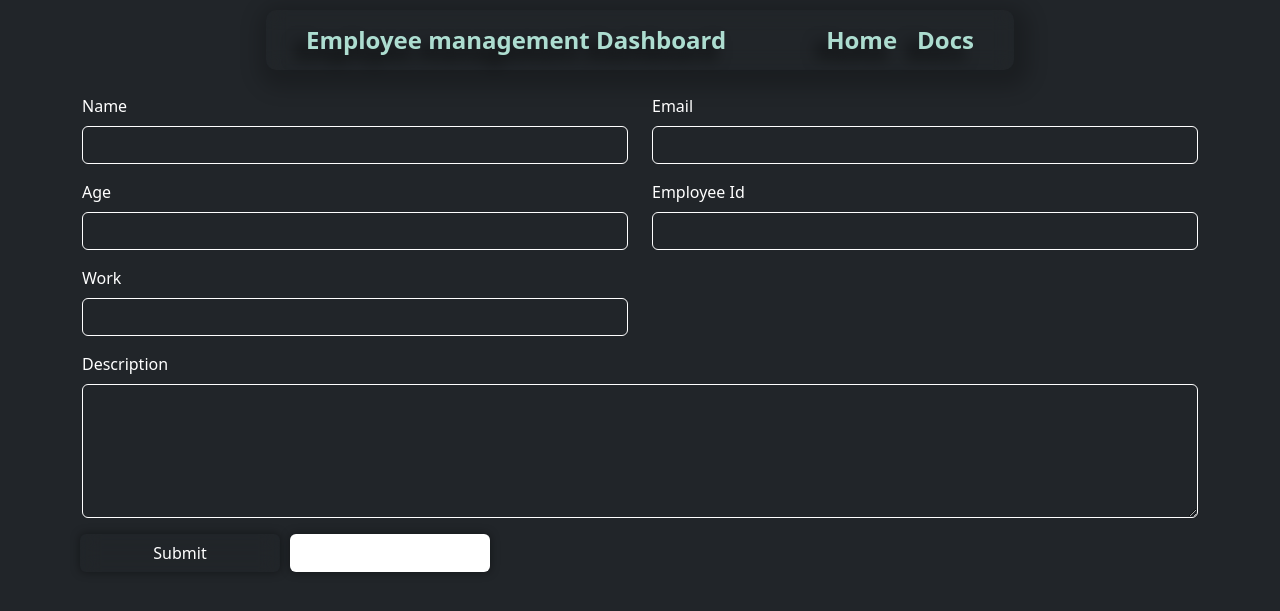
Repository: iamevs/Employee-Management-System
Page: /register (app in client/)
An editor plug-in stored every save of this project. The page is shown before and after the next save, followed by the edit.
The browser window is 1280 px wide. The pictures show the whole page.
The project was rebuilt for these pictures with package versions that can differ from the ones it lists, and the page was loaded fresh each time. Also part of the build but not shown: client/vite.config.js, client/src/components/Home.jsx, client/src/components/Edit.jsx, client/src/components/Hero.jsx. Imported but missing from the stored project, and not drawn on this page: client/src/components/Details.

Above is the page before, as saved 2022-11-29 00:51:38.

### client/index.html
<html lang="en">
  <head>
    <meta charset="UTF-8" />
    <link rel="icon" type="image/svg+xml" href="/vite.svg" />
    <meta name="viewport" content="width=device-width, initial-scale=1.0" />
    <title>employee-management</title>
  </head>
  <body>
    <div id="root"></div>
    <script type="module" src="/src/main.jsx"></script>
  </body>
</html>

### client/src/main.jsx
import React, { StrictMode } from 'react';
import ReactDOM from 'react-dom';
import { createRoot } from "react-dom/client";
import './index.css';
import App from './App';
import { BrowserRouter } from "react-router-dom"
import ContextProvider from "./components/context/ContextProvider";
// root.render(
//   <StrictMode>
//   <ContextProvider>
//     <BrowserRouter>
//       <App />
//     </BrowserRouter>
//   </ContextProvider>
//   </StrictMode>
//   ,
//   document.getElementById('root')
// );


createRoot(document.getElementById('root')).render(
  <ContextProvider>
    <BrowserRouter>
      <App />
    </BrowserRouter>
  </ContextProvider>
)

### client/src/index.css
body {
  margin: 0;
  font-family: -apple-system, BlinkMacSystemFont, 'Segoe UI', 'Roboto', 'Oxygen',
    'Ubuntu', 'Cantarell', 'Fira Sans', 'Droid Sans', 'Helvetica Neue',
    sans-serif;
  -webkit-font-smoothing: antialiased;
  -moz-osx-font-smoothing: grayscale;
  background-color: #212529 !important;
  color: #fff !important;
}

code {
  font-family: source-code-pro, Menlo, Monaco, Consolas, 'Courier New',
    monospace;
}

.btns{
  display: flex;
  justify-content: space-between;
}

.btns > .tool, .tool{
  /* border: 1px solid #fff; */
  backdrop-filter: blur(10px);
  box-shadow: 0px 0px 9px 1px rgb(0 0 0 / 35%);
}

.form-control{
  background-color: #212529 !important;
  color: #C8DBBE !important;
  border: 1px solid #fff !important;
}

### client/src/App.jsx
import './App.css';
import "../node_modules/bootstrap/dist/css/bootstrap.min.css"
import "../node_modules/bootstrap/dist/js/bootstrap.bundle.min.js"
import Navbar from './components/Navbar';
import Home from './components/Home';
import Register from './components/Register';
import Edit from './components/Edit';
import Details from './components/Details';
import Hero from "./components/Hero.jsx";
import {Routes,Route} from "react-router-dom"




function App() {
  return (
   <>
    <Navbar />
    <Routes>
      <Route path="/" element={<Hero/>} />
      <Route  path="/home" element={<Home/>} />
      <Route exact path="/register" element={<Register/>} />
      <Route exact path="/edit/:id" element={<Edit/>} />
      <Route exact path="/view/:id" element={<Details/>} />
    </Routes>

   </>
  );
}

export default App;

### client/src/components/context/ContextProvider.jsx
import React, { createContext, useState } from 'react'


export const adddata = createContext("");
export const updatedata = createContext("");
export const deldata = createContext("");

const ContextProvider = ({ children }) => {

    const [udata, setUdata] = useState("");
    const [updata, setUPdata] = useState("");
    const [dltdata, setDLTdata] = useState("");


    return (
        <adddata.Provider value={{ udata, setUdata }}>
            <updatedata.Provider value={{ updata, setUPdata }}>
                <deldata.Provider value={{dltdata, setDLTdata}}>
                    {children}
                </deldata.Provider>

            </updatedata.Provider>

        </adddata.Provider>
    )
}

export default ContextProvider;

### client/src/App.css
.add_btn{
  text-align: right;
}

.container{
  overflow: auto;
}

.left_view h3{
  font-size: 21px;
}

.left_view p{
  font-weight: 600;
}

.left_view span{
  font-weight: 400;
}

.right_view p{
  font-weight: 600;
}


.right_view span{
  font-weight: 400;
}

### client/src/components/Navbar.jsx
import React from 'react'
import { NavLink } from 'react-router-dom'
import { Box, Stack } from "@mui/material";


const Navbar = () => {
    return (
        <Stack justifyContent={"center"} direction={"row"} marginTop={"10px"}>
            <Box justifyContent={"space-between"} alignItems={"center"} className="navbar navbar-expand-lg text-white" sx={{
                backgroundColor: "transparent",
                backdropFilter: "blur(10px) !important",
                position: "relative",
                color: "white",
                boxShadow: "4px 7px 20px 11px rgb(0 0 0 / 20%)",
                height: "60px",
                padding: "0 40px 0 40px",
                width: "auto",
                borderRadius: "10px"
            }}>
                <Box sx={{
                    fontSize: "1.5rem",
                    color: "#ADDDD0",
                    fontWeight: "600",
                    textShadow: "-10px 10px 15px rgba(0, 0, 0, 0.8)",
                    marginRight: "100px"
                }}>Employee management Dashboard</Box>
                <Box direction={"row"}>
                    <a href="/home" style={{
                        fontSize: "1.5rem",
                        color: "#ADDDD0",
                        fontWeight: "600",
                        textShadow: "-10px 10px 15px rgba(0, 0, 0, 0.8)",
                        textDecoration: "none",
                    }}>Home</a>
                    <a href="/" style={{
                        fontSize: "1.5rem",
                        color: "#ADDDD0",
                        fontWeight: "600",
                        textShadow: "-10px 10px 15px rgba(0, 0, 0, 0.8)",
                        textDecoration: "none",
                        marginLeft: "20px"
                    }}>Docs</a>

                </Box>
            </Box>
        </Stack>
    )
}

export default Navbar

### client/src/components/Register.jsx
import React, { useContext, useState } from 'react'
import { NavLink, useNavigate } from 'react-router-dom'
import { adddata } from './context/ContextProvider';

var link = "http://localhost:8001/create";

const Register = () => {

    const { udata, setUdata } = useContext(adddata);

    const history = useNavigate();

    const [inpval, setINP] = useState({
        name: "",
        email: "",
        age: "",
        mobile: "",
        work: "",
        desc: ""
    })

    const setdata = (e) => {
        console.log(e.target.value);
        const { name, value } = e.target;
        setINP((preval) => {
            return {
                ...preval,
                [name]: value
            }
        })
    }


    const addinpdata = async (e) => {
        e.preventDefault();

        const { name, email, work, mobile, desc, age } = inpval;


        if (name == "") {
            alert("name is required")
        } else if (email == "") {
            alert("email is required")
        } else if (!email.includes("@")) {
            alert("enter valid email")
        } else if (work == "") {
            alert("work is required")
        } else if (mobile == "") {
            alert("emp id is required")
        } else if (age == "") {
            alert("age is required")
        } else {

            const res = await fetch(link, {
                method: "POST",
                headers: {
                    "Content-Type": "application/json"
                },
                body: JSON.stringify({
                    name, email, work, mobile, desc, age
                })
            });

            const data = await res.json();
            console.log(data);

            if (res.status === 422 || !data) {
                console.log("error ");
                alert("error");

            } else {
                history("/home");
                setUdata(data)
                console.log("data added");

            }
        }

    }

    return (
        <div className="container">
            <form className="mt-4">
                <div className="row">
                    <div class="mb-3 col-lg-6 col-md-6 col-12">
                        <label for="exampleInputEmail1" class="form-label">Name</label>
                        <input type="text" value={inpval.name} onChange={setdata} name="name" class="form-control" id="exampleInputEmail1" aria-describedby="emailHelp" />
                    </div>
                    <div class="mb-3 col-lg-6 col-md-6 col-12">
                        <label for="exampleInputPassword1" class="form-label">Email</label>
                        <input type="email" value={inpval.email} onChange={setdata} name="email" class="form-control" id="exampleInputPassword1" />
                    </div>
                    <div class="mb-3 col-lg-6 col-md-6 col-12">
                        <label for="exampleInputPassword1" class="form-label">Age</label>
                        <input type="text" value={inpval.age} onChange={setdata} name="age" class="form-control" id="exampleInputPassword1" />
                    </div>
                    <div class="mb-3 col-lg-6 col-md-6 col-12">
                        <label for="exampleInputPassword1" class="form-label">Employee Id</label>
                        <input type="number" value={inpval.mobile} onChange={setdata} name="mobile" class="form-control" id="exampleInputPassword1" />
                    </div>
                    <div class="mb-3 col-lg-6 col-md-6 col-12">
                        <label for="exampleInputPassword1" class="form-label">Work</label>
                        <input type="text" value={inpval.work} onChange={setdata} name="work" class="form-control" id="exampleInputPassword1" />
                    </div>
                    <div class="mb-3 col-lg-12 col-md-12 col-12">
                        <label for="exampleInputPassword1" class="form-label">Description</label>
                        <textarea name="desc" value={inpval.desc} onChange={setdata} className="form-control" id="" cols="30" rows="5"></textarea>
                    </div>

                    <button type="submit" onClick={addinpdata} class="btn text-white tool" style={{width: "200px", marginLeft: "10px"}}>Submit</button>
                    <a href="/home" className="btn text-white tool" style={{width: "200px", marginLeft: "10px", backgroundColor: "#fff"}}>Discard</a>
                </div>
            </form>
        </div>
    )
}
export default Register;

After the next save:
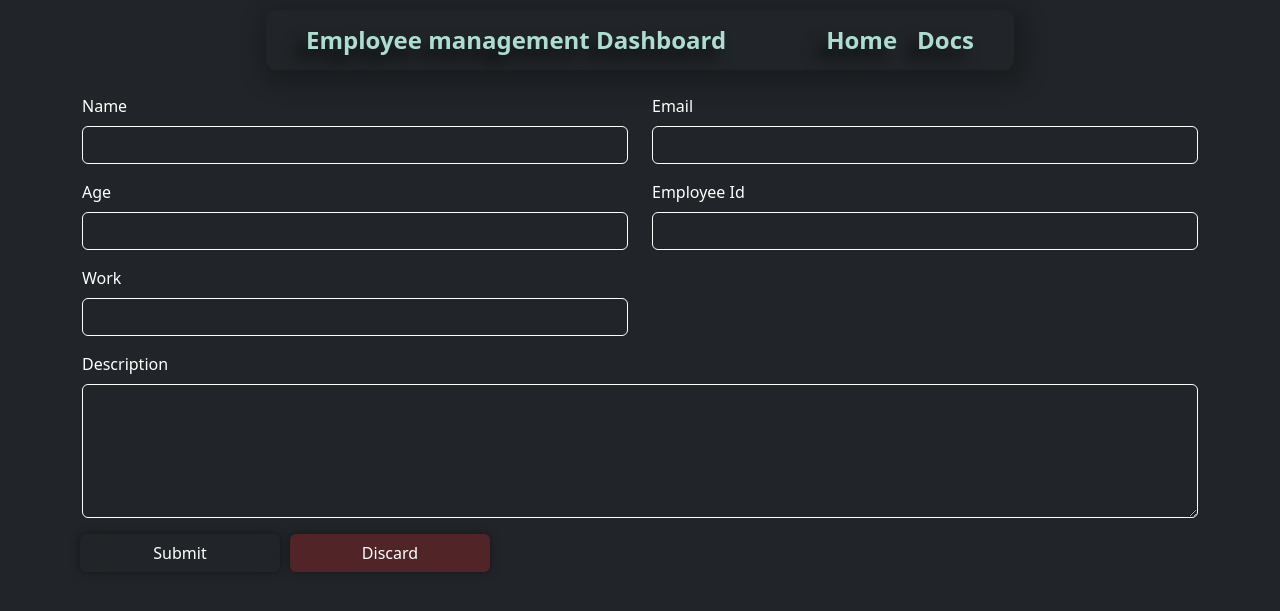
Saved 56 s later.
--- a/client/src/components/Register.jsx
+++ b/client/src/components/Register.jsx
@@ -108,7 +108,7 @@ const Register = () => {
                     </div>
 
                     <button type="submit" onClick={addinpdata} class="btn text-white tool" style={{width: "200px", marginLeft: "10px"}}>Submit</button>
-                    <a href="/home" className="btn text-white tool" style={{width: "200px", marginLeft: "10px", backgroundColor: "#fff"}}>Discard</a>
+                    <a href="/home" className="btn text-white tool" style={{width: "200px", marginLeft: "10px", backgroundColor: "#e926263d"}}>Discard</a>
                 </div>
             </form>
         </div>
